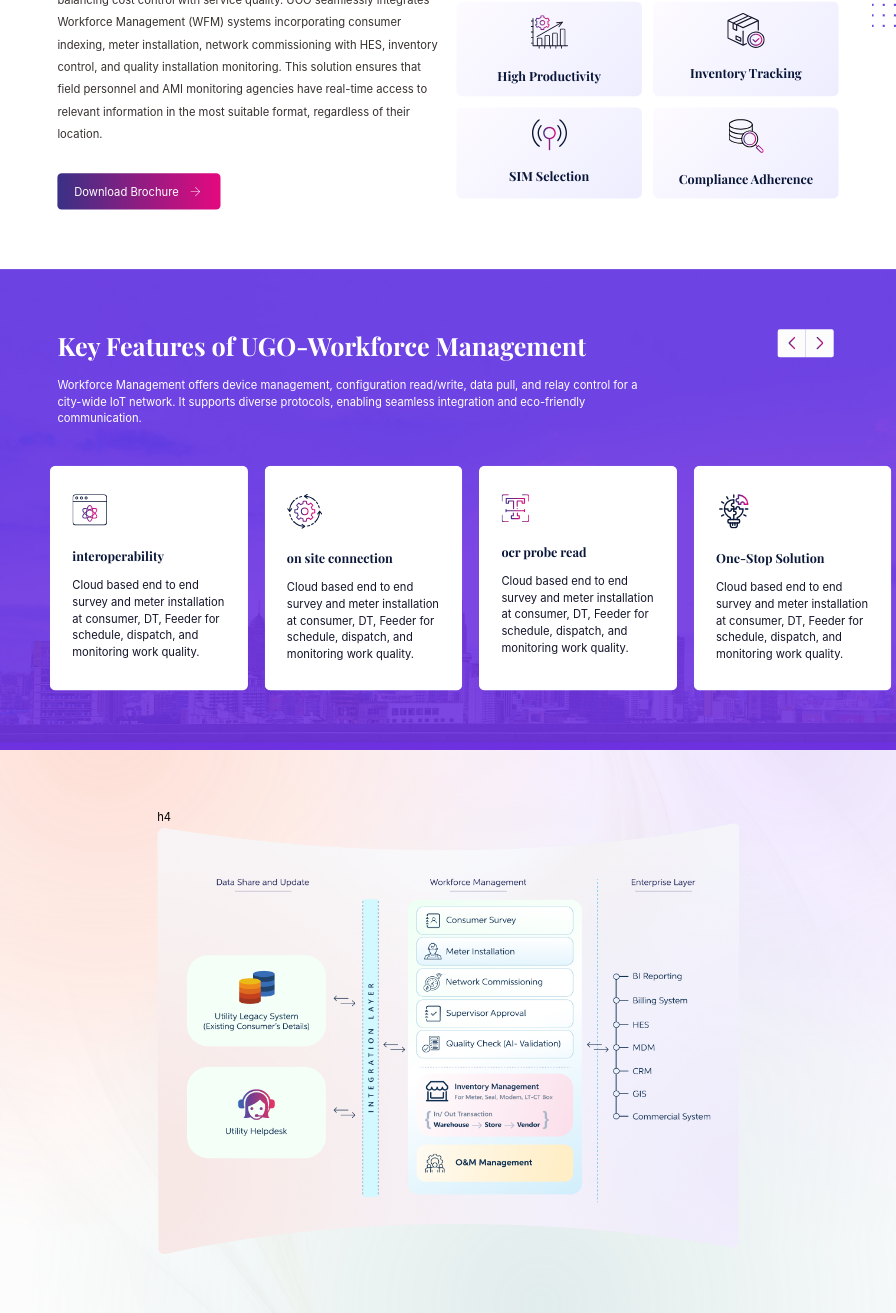
Repository: mangalravi/inventive
Page: WFM-Detail-Page.html
An editor plug-in stored every save of this project. The page is shown before and after a run of saves, followed by the edit.
The browser window is 1280 px wide. The pictures show the part of the page from y = 809 to 2729 px (the page is 2685 px tall before and 2729 px after), at 70% of full size.
Some web fonts or font styles are not loaded; a fallback is used. The style sheet was rebuilt from its Sass, Less or Tailwind sources for each picture, by a compiler version that may differ from the author's.

Above is the page before, as saved 2024-07-11 10:40:02.

After the next 4 saves:
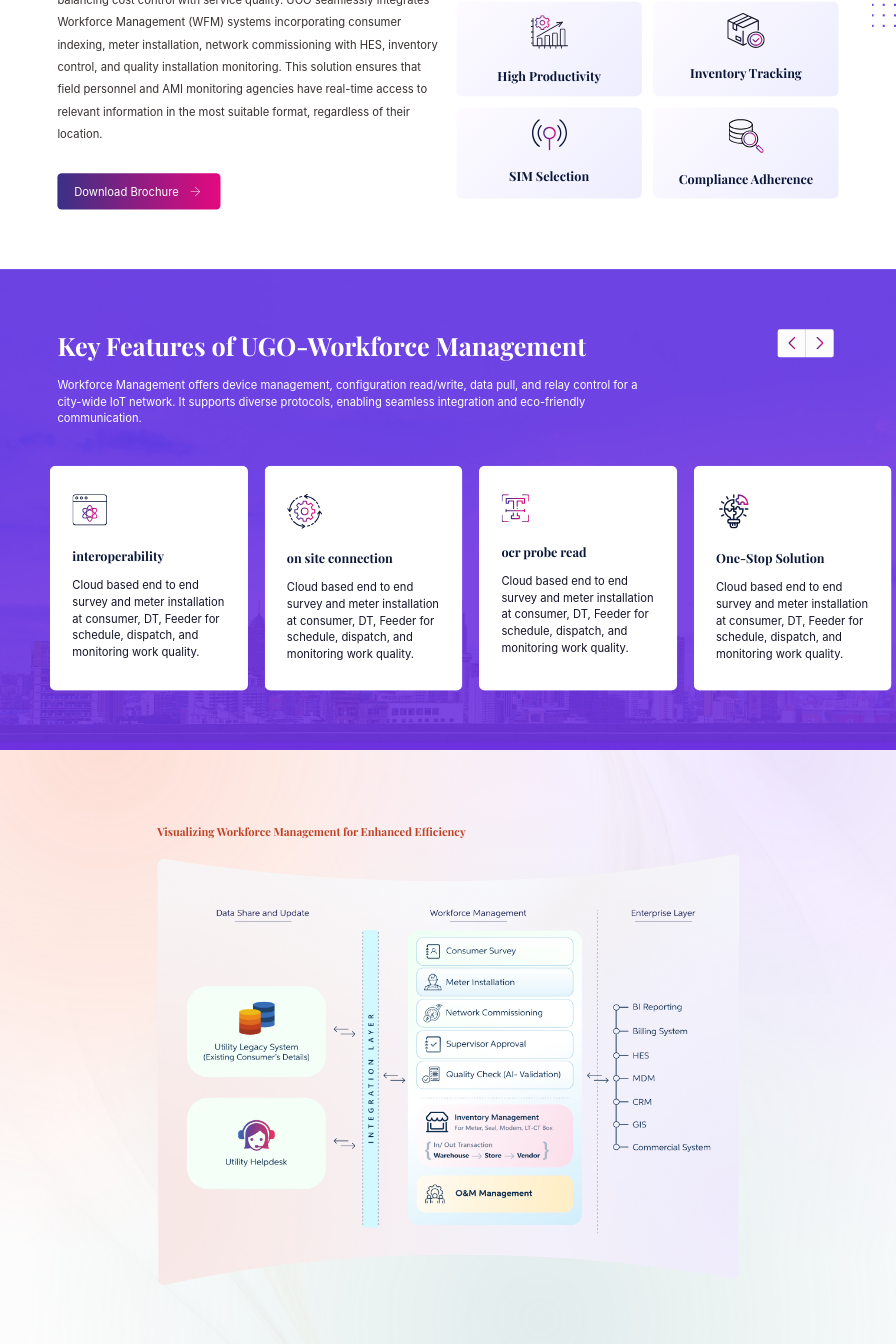
The 4 saves are shown as one change because they came seconds apart.
The last was saved 10 s later.
--- a/WFM-Detail-Page.html
+++ b/WFM-Detail-Page.html
@@ -486,7 +486,8 @@
         <div class="row justify-content-center">
           <div class="col-9">
             <div class="workflowimg">
-              h4
+              <h4 class="sec-head">Visualizing Workforce Management
+                for Enhanced Efficiency</h4>
               <img src="content/images/diagram.png" alt="diagram" />
             </div>
           </div>
